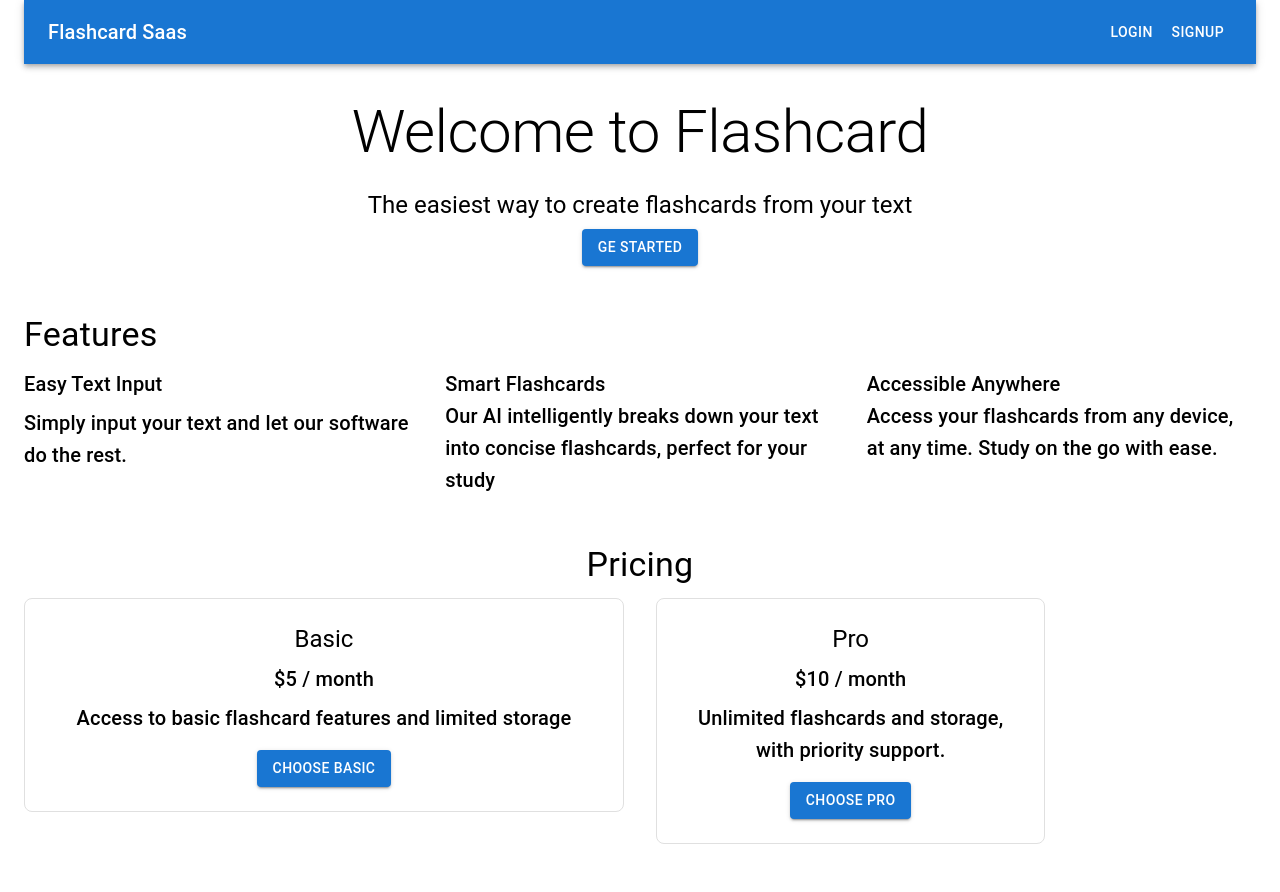
Repository: rakeshpuppala2590/AI-Flashcards-Stripe
Page: /
An editor plug-in stored every save of this project. The page is shown before and after the next save, followed by the edit.
The browser window is 1280 px wide. The pictures show the whole page.
The page's requests for data from a server got no answer. The project was rebuilt for these pictures with package versions that can differ from the ones it lists, and the page was loaded fresh each time. Some packages were replaced by stand-ins written for this rebuild. The framework's server and built-in components were replaced by stand-ins that run in the browser. No one was signed in, and anything a server would have sent is missing. Also part of the build but not shown: next.config.mjs.

Above is the page before, as saved 2024-08-12 15:28:37.

After the next save:
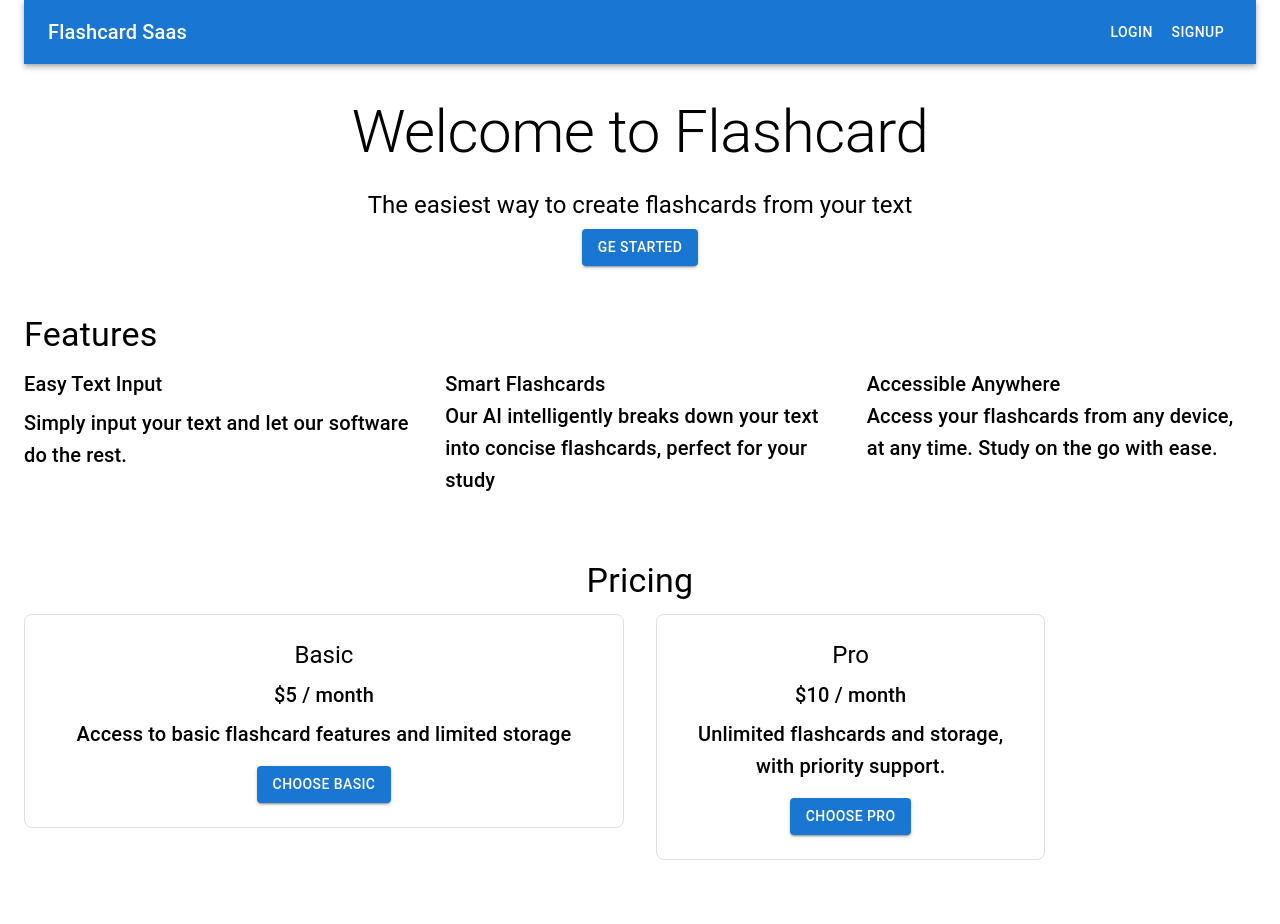
Saved 6 s later.
--- a/src/app/page.js
+++ b/src/app/page.js
@@ -89,7 +89,7 @@
           </Grid>
         </Grid>
       </Box>
-      <Box sx={{ my: 6, textAlign: "center" }}>
+      <Box sx={{ my: 8, textAlign: "center" }}>
         <Typography variant="h4" gutterBottom>
           Pricing
         </Typography>

After the save that followed:
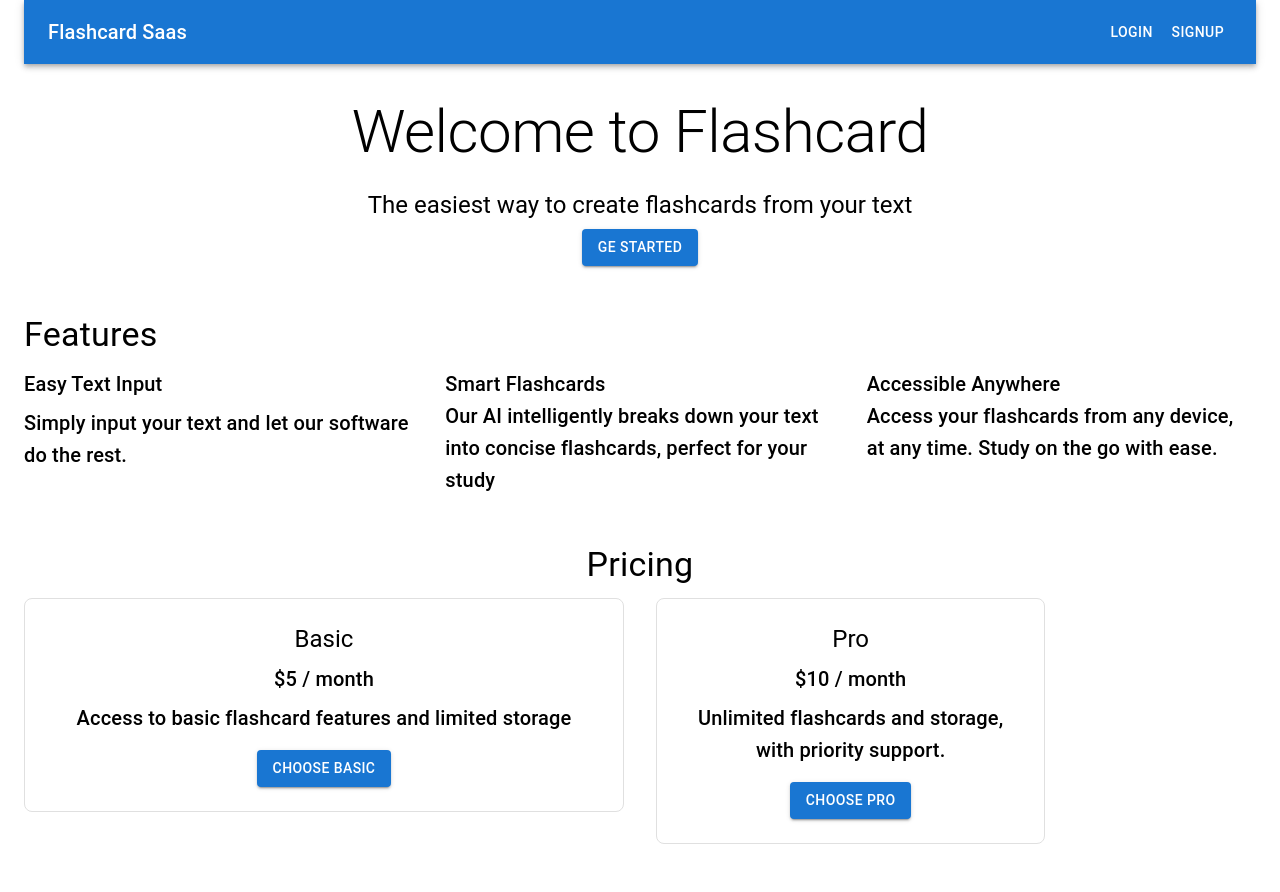
Saved 4 s later.
--- a/src/app/page.js
+++ b/src/app/page.js
@@ -89,7 +89,7 @@
           </Grid>
         </Grid>
       </Box>
-      <Box sx={{ my: 8, textAlign: "center" }}>
+      <Box sx={{ my: 6, textAlign: "center" }}>
         <Typography variant="h4" gutterBottom>
           Pricing
         </Typography>
